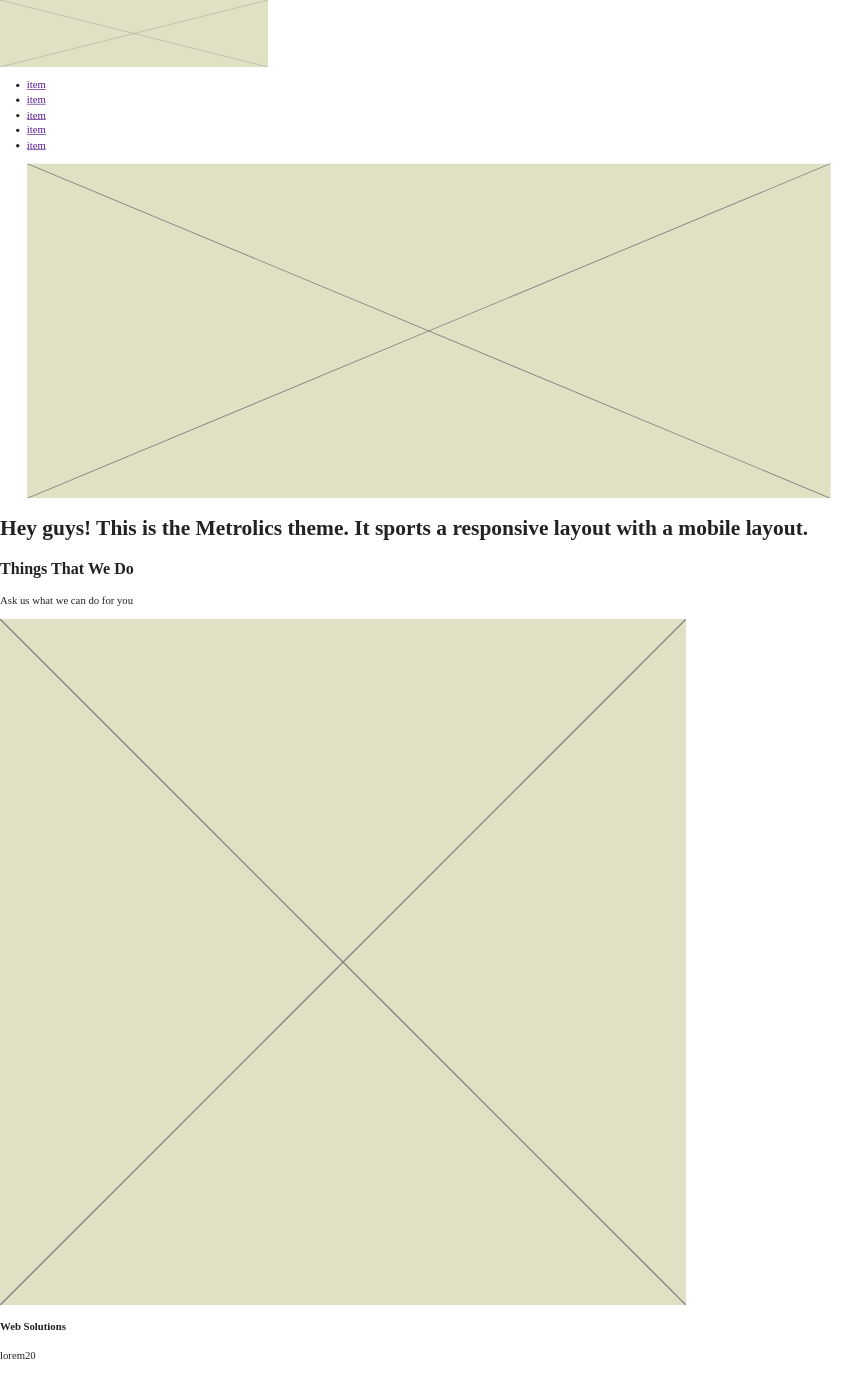
Repository: leahma1208/MDIA2003_Project1
Page: index.html
The author's editor kept a copy of each file at every save. The page is drawn from the files as they stood at one save, then again after the next save.
The browser window is 1280 px wide. The pictures show the whole page, at 67% of full size.

Above is the page before, as saved 2021-01-22 21:21:08.

After the next save:
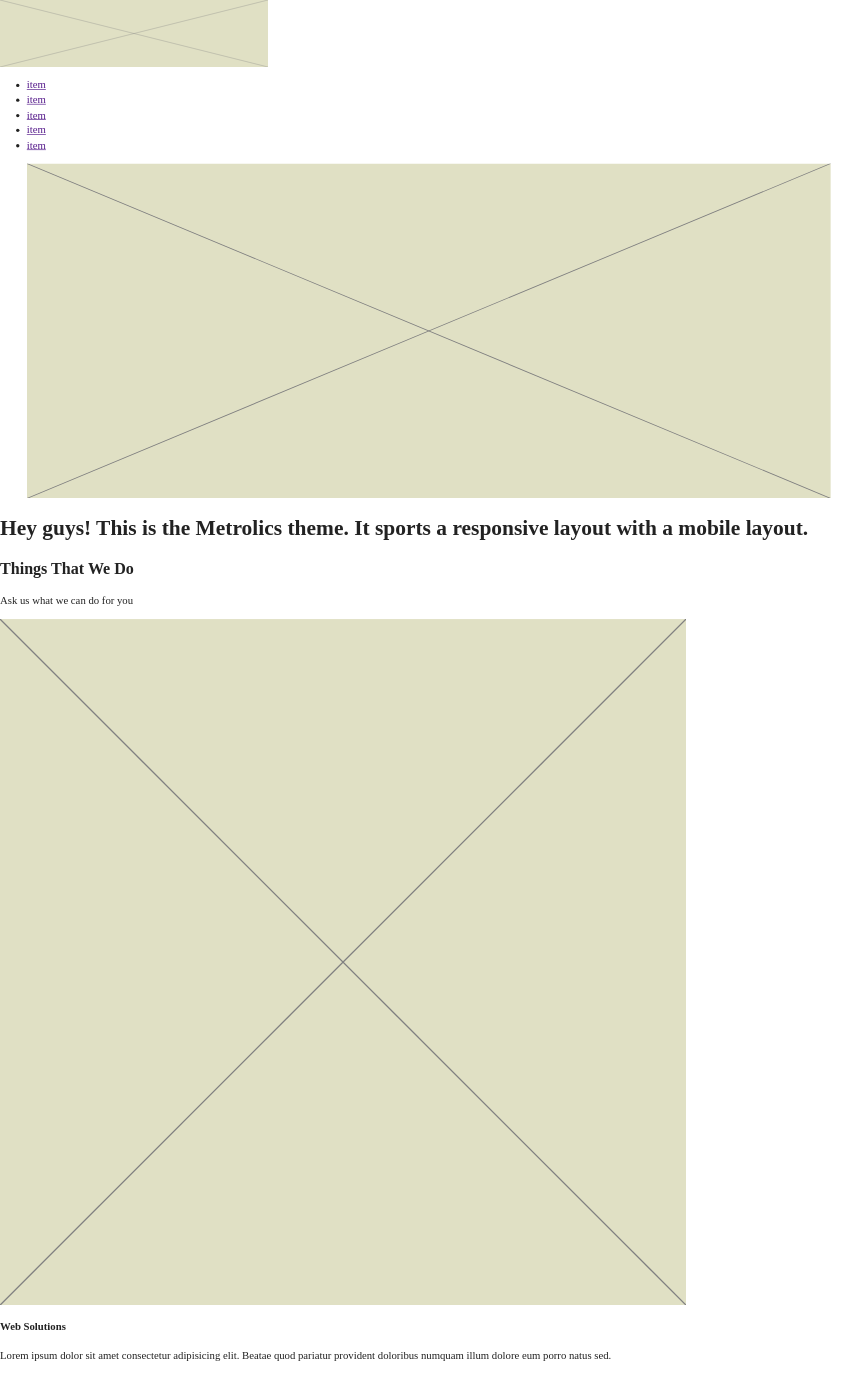
Saved 13 s later.
--- a/index.html
+++ b/index.html
@@ -58,7 +58,9 @@
       <img class="solution_icon" src="img/placeholder.svg" alt="websolution icon">
       <div class="solution_info">
         <h4>Web Solutions</h4>
-        <p>lorem20</p>
+        <p>Lorem ipsum dolor sit amet consectetur adipisicing elit.
+          Beatae quod pariatur provident doloribus numquam illum
+          dolore eum porro natus sed.</p>
       </div>
 
     </div>
